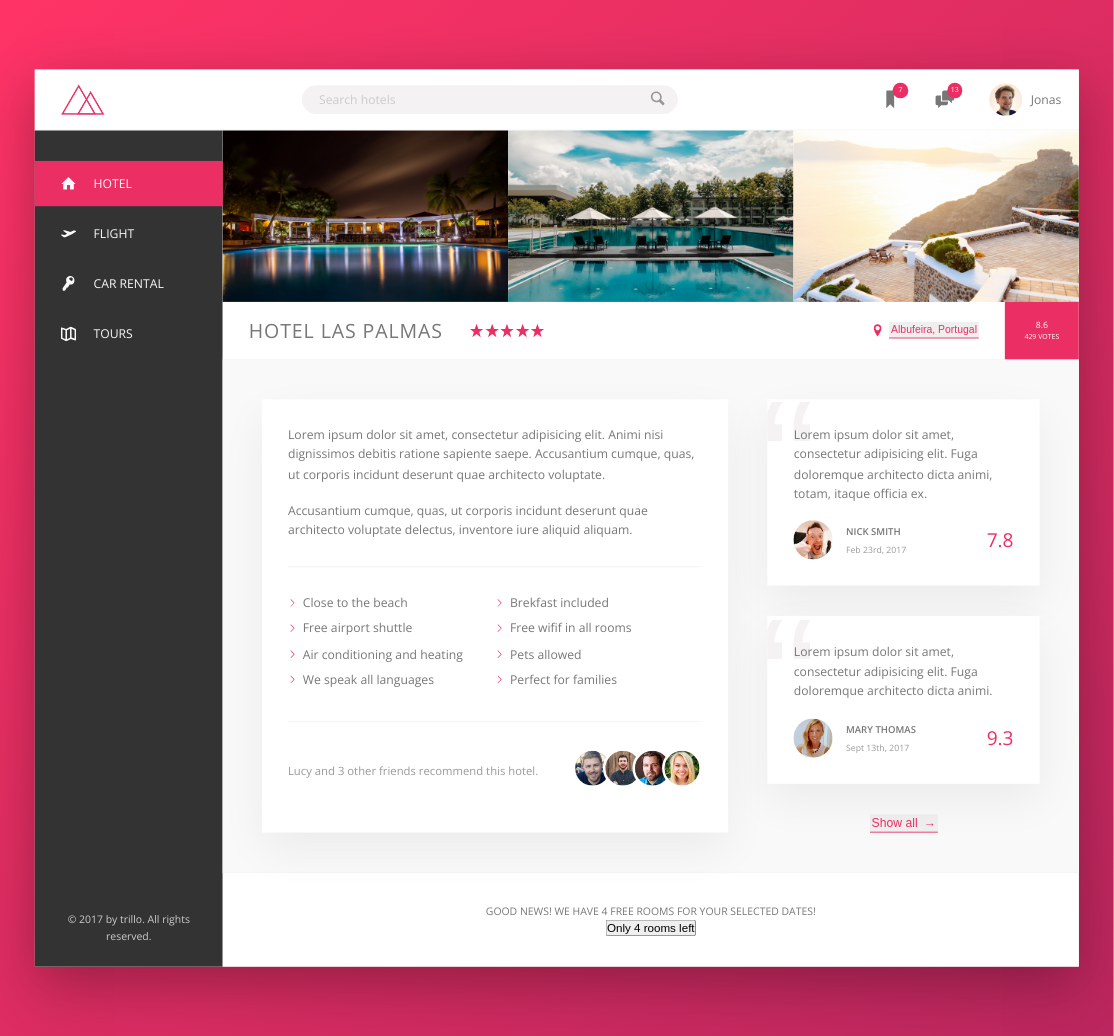
Repository: MalgorzataMazur/Trillo
Page: index.html
An editor plug-in stored every save of this project. The page is shown before and after the next save, followed by the edit.
The browser window is 1280 px wide. The pictures show the whole page, at 87% of full size.
The style sheet was rebuilt from its Sass, Less or Tailwind sources for each picture, by a compiler version that may differ from the author's.

Above is the page before, as saved 2020-03-28 12:54:38.

### index.html
<!DOCTYPE html>
<html lang="en">
    <head>
        <meta charset="UTF-8">
        <meta name="viewport" content="width=device-width, initial-scale=1.0">

        <link href="https://fonts.googleapis.com/css?family=Open+Sans:300,400,600" rel="stylesheet">
        <link rel="stylesheet" href="css/style.css">
        <link rel="shortcut icon" type="image/png" href="img/favicon.png">

        <title>trillo &mdash; Your all-in-one booking app</title>
    </head>
    <body>
        <div class="container">
            <header class="header">
                <img src="img/logo.png" alt="trillo logo" class="logo">

                <form action="#" class="search">
                    <input type="text" class="search__input" placeholder="Search hotels">
                    <button class="search__button">
                        <svg class="search__icon">
                            <use xlink:href="img/sprite.svg#icon-magnifying-glass"></use> <!--include svg -->
                        </svg>
                    </button>
                </form>

                <nav class="user-nav">
                    <div class="user-nav__icon-box">
                        <svg class="user-nav__icon">
                            <use xlink:href="img/sprite.svg#icon-bookmark"></use>
                        </svg>
                        <span class="user-nav__notification">7</span>
                    </div>
                    <div class="user-nav__icon-box">
                        <svg class="user-nav__icon">
                            <use xlink:href="img/sprite.svg#icon-chat"></use>
                        </svg>
                        <span class="user-nav__notification">13</span>
                    </div>
                    <div class="user-nav__user">
                        <img src="img/user.jpg" alt="User photo" class="user-nav__user-photo">
                        <span class="user-nav__user-name">Jonas</span>
                    </div>
                </nav>
            </header>
            <div class="content">
                <nav class="sidebar">
                    <ul class="side-nav">
                        <li class="side-nav__item side-nav__item--active">
                            <a href="#" class="side-nav__link">
                                <svg class="side-nav__icon">
                                    <use xlink:href="img/sprite.svg#icon-home"></use>
                                </svg>
                                <span>Hotel</span>
                            </a>
                        </li>
                        <li class="side-nav__item">
                            <a href="#" class="side-nav__link">
                                <svg class="side-nav__icon">
                                    <use xlink:href="img/sprite.svg#icon-aircraft-take-off"></use>
                                </svg>
                                <span>Flight</span>
                            </a>
                        </li>
                        <li class="side-nav__item">
                            <a href="#" class="side-nav__link">
                                <svg class="side-nav__icon">
                                    <use xlink:href="img/sprite.svg#icon-key"></use>
                                </svg>
                                <span>Car rental</span>
                            </a>
                        </li>
                        <li class="side-nav__item">
                            <a href="#" class="side-nav__link">
                                <svg class="side-nav__icon">
                                    <use xlink:href="img/sprite.svg#icon-map"></use>
                                </svg>
                                <span>Tours</span>
                            </a>
                        </li>
                    </ul>

                    <div class="legal">
                        &copy; 2017 by trillo. All rights reserved. <!-- html entity -->
                    </div>
                </nav>


                <main class="hotel-view">
                    <div class="gallery">
                        <figure class="gallery__item">
                            <img src="img/hotel-1.jpg" alt="Photo of hotel 1" class="gallery__photo">
                        </figure>
                        <figure class="gallery__item">
                            <img src="img/hotel-2.jpg" alt="Photo of hotel 2" class="gallery__photo">
                        </figure>
                        <figure class="gallery__item">
                            <img src="img/hotel-3.jpg" alt="Photo of hotel 3" class="gallery__photo">
                        </figure>
                    </div>

                    <div class="overview">
                        <h1 class="overview__heading">
                            Hotel Las Palmas
                        </h1>

                        <div class="overview__stars">
                            <svg class="overview__icon-star">
                                <use xlink:href="img/sprite.svg#icon-star"></use>
                            </svg>
                            <svg class="overview__icon-star">
                                <use xlink:href="img/sprite.svg#icon-star"></use>
                            </svg>
                            <svg class="overview__icon-star">
                                <use xlink:href="img/sprite.svg#icon-star"></use>
                            </svg>
                            <svg class="overview__icon-star">
                                <use xlink:href="img/sprite.svg#icon-star"></use>
                            </svg>
                            <svg class="overview__icon-star">
                                <use xlink:href="img/sprite.svg#icon-star"></use>
                            </svg>
                        </div>

                        <div class="overview__location">
                            <svg class="overview__icon-location">
                                <use xlink:href="img/sprite.svg#icon-location-pin"></use>
                            </svg>
                            <button class="btn-inline">Albufeira, Portugal</button>
                        </div>

                        <div class="overview__rating">
                            <div class="overiew__rating-average">8.6</div>
                            <div class="overview__rating-count">429 votes</div>
                        </div>
                    </div>

                    <div class="detail">
                        <div class="description">
                             <p class="paragraph">
                                Lorem ipsum dolor sit amet, consectetur adipisicing elit. Animi nisi dignissimos debitis ratione sapiente saepe. Accusantium cumque, quas, ut corporis incidunt deserunt quae architecto voluptate.
                             </p>
                             <p class="paragraph">
                                Accusantium cumque, quas, ut corporis incidunt deserunt quae architecto voluptate delectus, inventore iure aliquid aliquam.
                             </p>
                             <ul class="list">
                                 <li class="list__item">Close to the beach</li>
                                 <li class="list__item">Brekfast included</li>
                                 <li class="list__item">Free airport shuttle</li>
                                 <li class="list__item">Free wifif in all rooms</li>
                                 <li class="list__item">Air conditioning and heating</li>
                                 <li class="list__item">Pets allowed</li>
                                 <li class="list__item">We speak all languages</li>
                                 <li class="list__item">Perfect for families</li>
                             </ul>
                             <div class="recommend">
                                 <p class="recommend__count">
                                     Lucy and 3 other friends recommend this hotel.
                                 </p>
                                 <div class="recommend__friends">
                                     <img src="img/user-3.jpg" alt="Friend 1" class="recommend__photo">
                                     <img src="img/user-4.jpg" alt="Friend 2" class="recommend__photo">
                                     <img src="img/user-5.jpg" alt="Friend 3" class="recommend__photo">
                                     <img src="img/user-6.jpg" alt="Friend 4" class="recommend__photo">
                                 </div>
                             </div>
                        </div>

                        <div class="user-reviews">
                            <figure class="review"> <!-- figure is gerat for some tect, descriptions of the images -->
                                <blockquote class="review__text">
                                    Lorem ipsum dolor sit amet, consectetur adipisicing elit. Fuga doloremque architecto dicta animi, totam, itaque officia ex.
                                </blockquote>
                                <figcaption class="review__user">
                                    <img src="img/user-1.jpg" alt="User 1" class="review__photo">
                                    <div class="review__user-box">
                                        <p class="review__user-name">Nick Smith</p>
                                        <p class="review__user-date">Feb 23rd, 2017</p>
                                    </div>
                                    <div class="review__rating">7.8</div>
                                </figcaption>
                            </figure>

                            <figure class="review">
                                <blockquote class="review__text">
                                    Lorem ipsum dolor sit amet, consectetur adipisicing elit. Fuga doloremque architecto dicta animi.
                                </blockquote>
                                <figcaption class="review__user">
                                    <img src="img/user-2.jpg" alt="User 2" class="review__photo">
                                    <div class="review__user-box">
                                        <p class="review__user-name">Mary Thomas</p>
                                        <p class="review__user-date">Sept 13th, 2017</p>
                                    </div>
                                    <div class="review__rating">9.3</div>
                                </figcaption>
                            </figure>

                            <button class="btn-inline">Show all <span>&rarr;</span></button>
                            </div>
                        </div>

                        <div class="cta">
                            <h2 class="cta__book-now">
                                Good news! We have 4 free rooms for your selected dates!
                            </h2>
                            <button class="btn">
                                Only 4 rooms left
                            </button>
                        </div>

                    </div>

                </main>
            </div>

        </div>
    </body>
</html>

### sass/main.scss
@import "base";
@import "layout";
@import "components";

### sass/_base.scss
//variable will be avuialable for entire documents here, global parent of elelemnt
:root { //root pseudoclass the same like ktml but higher specifity //css custom proiperties variables I use here define in declaration bloxk remember
    --color-primary: #eb2f64;
    --color-primary-light: #FF3366;
    --color-primary-dark: #BA265D;

    --color-grey-light-1: #faf9f9;
    --color-grey-light-2: #f4f2f2;
    --color-grey-light-3: #f0eeee;
    --color-grey-light-4: #ccc;

    --color-grey-dark-1: #333;
    --color-grey-dark-2: #777;
    --color-grey-dark-3: #999;

    --shadow-dark: 0 2rem 6rem rgba(0,0,0,.3);
    --shadow-light: 0 2rem 5rem rgba(0,0,0,.06);

    --line: 1px solid var(--color-grey-light-2);

}

* { //first global settings *,htm, body
    margin: 0;
    padding: 0;
}

*,
*::before,
*::after {
    box-sizing: inherit;
}

html {
    box-sizing: border-box;
    font-size: 62.5%; //1rem = 10px, 10px/16px = 62.5%
}

body {
    font-family: 'Open Sans', sans-serif;
    font-weight: 400;
    line-height: 1.6;
    color: var(--color-grey-dark-2);
    background-image: linear-gradient(to right bottom, var(--color-primary-light), var(--color-primary-dark)); //gradient from the left top cornet to right bottom corner
    background-size: cover;
    background-repeat: no-repeat; //default is repeat in css

    min-height: 100vh; //min height but if height can be bigger than that will be simply bigger
}

### sass/_components.scss
/////////////////////////////////
////LOGO
.logo {
    height: 3.5rem;
    margin-left: 3rem;
}



/////////////////////////////////
////SEARCH
.search {
    flex: 0 0 40%; //grow shrink occupy

    display: flex;//flex item is becoming flex container,; we center loop icon btn
    align-items: center; //center elem along the cross axis
    justify-content: center; //center elem along the main axis

    &__input {
        font-family: inherit;
        font-size: inherit;
        color: inherit;
        background-color: var(--color-grey-light-2);
        border: none;
        border-radius: 100px;
        padding: .7rem 2rem;
        width: 90%;
        transition: all .2s;
        margin-right: -3.25rem; //this way the btn move on top of input

        &:focus {
            outline: none;
            width: 100%;
            background-color: var(--color-grey-light-3);
        }

        &::-webkit-input-placeholder {
            font-weight: 100;
            color: var(--color-grey-light-4);
        }
    }

    &__input:focus + &__button { //sibling, adjust element; the same backgr color
        background-color: var(--color-grey-light-3);
    }

    &__button {
        border: none;
        background-color: var(--color-grey-light-2);

        &:focus {
            outline: none;
        }

        &:active {
            transform: translate(2px);
        }
    }

    &__icon {
        height: 2rem;
        width: 2rem;
        fill: var(--color-grey-dark-3);
}
}



/////////////////////////////////
////USER NAVIGATION
.user-nav {
    align-self: stretch; //żeby one sie rozciagaly, is like align items but for one individual item; ovverite in header align item center

    display: flex; //flex item on the sam etime is flex container
    align-items: center;

    & > * {
        padding: 0 2rem;
        cursor: pointer;
        display: flex;
        height: 100%;
        align-items: center; //when we hoover thy arent on the top; vertical align
   }

    & > *:hover {
        background-color: var(--color-grey-light-2);
    }

    &__icon-box {
        position: relative;
    }

    &__icon {
        height: 2.25rem;
        width: 2.25rem;
        fill: var(--color-grey-dark-2);
    }

    &__notification {
        font-size: .8rem;
        height: 1.75rem;
        width: 1.75rem;
        border-radius: 50%;
        background-color: var(--color-primary);
        color: #fff;
        position: absolute; //parent elememnt is iconbox relative
        top: 1.5rem;
        right: 1.1rem;

        display: flex;
        justify-content: center;
        align-items: center;
    }

    &__user-photo {
        height: 3.75rem;
        border-radius: 50%;
        margin-right: 1rem;
    }
}



/////////////////////////////////
////SIDE NAVIGATION
.side-nav {
    font-size: 1.4rem;
    list-style: none;
    margin-top: 3.5rem;

    &__item {
        position: relative;

        &:not(:last-child) { //all the items except the last one
            margin-bottom: .5rem;
        }
    }

    &__item::before { //line becpmes invisible which then expands to the right side
        content: "";
        position: absolute;
        top: 0;
        left: 0;
        height: 100%;
        width: 3px;
        background-color: var(--color-primary);
        transform: scaleY(0); //normal state without any hover
        transition: transform .2s, //first transform ghappens during .2s & we wait this time .2s until we start transitioning the width .4s
                    width .4s cubic-bezier(1,0,0,1) .2s,
                    background-color .1s; //we can set diffrent settings for diffrent properties. we can have the staged animations where first the transform happens then the width
    }

    &__item:hover::before,
    &__item--active::before {
        transform: scaleY(1); //only occurs Y direction from top to bottom
        width: 100%;
    }

    &__item:active::before {
        background-color: var(--color-primary-light);
    }

    &__link:link,
    &__link:visited {
        color: var(--color-grey-light-1);
        text-decoration: none;
        text-transform: uppercase;
        display: block;
        padding: 1.5rem 3rem;
        position: relative; //on top of the before elem after hover

        display: flex;
        align-items: center; //ikony równo z napisem z listy
    }

    &__icon {
        width: 1.75rem;
        height: 1.75rem;
        margin-right: 2rem;
        fill: currentColor; //means color ofthe current elelemnt or the parent element
    }
}



/////////////////////////////////
////LEGAL TEXT
.legal {
    font-size: 1.2rem;
    color: var(--color-grey-light-4);
    text-align: center;
    padding: 2.5rem;
}



/////////////////////////////////
////SIDE NAVIGATION
.gallery {
    display: flex;

    &__photo {
        width: 100%;
        display: block;
    }
}



/////////////////////////////////
////SIDE NAVIGATION
.overview {
    display: flex; // justify-content: space-between; //evenly distribute all the elements along the main axis
    align-items: center;
    border-bottom: var(--line);

    &__heading {
        font-size: 2.25rem;
        font-weight: 300;
        text-transform: uppercase;
        letter-spacing: 1px;
        padding: 1.5rem 3rem;
    }

    &__stars {
        // flex: 1;
        margin-right: auto; //we created the space without actually stretching out this entire element; element only occypying the space that it needs here
        display: flex;    }

    &__icon-star,
    &__icon-location {
        width: 1.75rem;
        height: 1.75rem;
        fill: var(--color-primary);
    }

    &__location {
        font-size: 1.2rem;
        display: flex;
        align-items: center;
    }

    &__icon-location {
        margin-right: .5rem;
    }

    &__rating {
        background-color: var(--color-primary);
        color: #fff;
        margin-left: 3rem;
        padding: 0 2.25rem;
        align-self: stretch; //occupy all the space that it has available

        display: flex;
        flex-direction: column;
        align-items: center;
        justify-content: center;
    }

    &__rating-average {
        font-size: 2.25rem;
        font-weight: 300;
        margin-bottom: -3px;
    }

    &__rating-count {
        font-size: .8rem;
        text-transform: uppercase;
    }
}



/////////////////////////////////
////BUTTON-LINE
.btn-inline {
    border: none;
    color: var(--color-primary);
    font-size: inherit;
    border-bottom: 1px solid currentColor;
    padding: 2px;
    display: inline-block;
    background-clip: transparent;
    cursor: pointer;
    transition: all .2s;

    & span {
        margin-left: 3px;
        transition: margin-left .2s;
    }

    &:hover {
        color: var(--color-grey-dark-1); //when hover the border becomes the exact same color as the tex

        span {
            margin-left: 8px;
        }
    }

    &:focus {
        outline: none;
        animation: pulsate 1s infinite;
    }
}

@keyframes pulsate {
    0% { //normal state
        transform: scale(1);
        box-shadow: none;
    }

    50% { //scale a little bit
        transform: scale(1.05);
        box-shadow: 0 1rem 4rem rgba(0,0,0,.25);
    }

    100% { //back to the normal
        transform: scale(1);
        box-shadow: none;
    }
}



/////////////////////////////////
////PARAGRAPH
.paragraph:not(:last-of-type) {
    margin-bottom: 2rem;
}



/////////////////////////////////
////LIST
.list {
    list-style: none;
    margin: 3rem 0;
    padding: 3rem 0;
    border-top: var(--line);
    border-bottom: var(--line);

    display: flex;
    flex-wrap: wrap;

    &__item {
        flex: 0 0 50%; //100% of width /2 = 50%
        margin-bottom: .7rem;
    }

    &__item::before {
        content: "";
        display: inline-block;
        height: 1rem;
        width: 1rem;
        margin-right: .7rem;

        //Older browsers
        // background-image: url(../img/chevron-thin-right.svg);
        // background-size: cover;

        //New browsers - masks             //tht's best solution withh backgim we cannot change color in css
        background-color: var(--color-primary);
        -webkit-mask-image: url(../img/chevron-thin-right.svg);
        -webkit-mask-size: cover; //this entire square we had before is still here but nowe can only see it in the places where the mask allows us to see through; that's exactly the icon is located
        mask-image: url(../img/chevron-thin-right.svg);
        -webkit-mask-size: cover;
    }
}



/////////////////////////////////
////RECOMMEND
.recommend {
    font-size: 1.3rem;
    color: var(--color-grey-dark-3);

    display: flex;
    align-items: center;

    &__count {
        margin-right: auto;
    }

    &__friends {

    }

    &__photo {
        box-sizing: content-box; //border we want to be added on the top of our height and the width
        height: 4rem;
        width: 4rem;
        border-radius: 50%;
        border: 3px solid #fff;

        &:not(:last-child) {
            margin-right: -1.5rem;
        }
    }
}



/////////////////////////////////
////REVIEWS
.review {
    background-color: #fff;
    box-shadow: var(--shadow-light);
    padding: 3rem;
    margin-bottom: 3.5rem;
    position: relative;
    overflow: hidden;

    &__text {
        margin-bottom: 2rem;
        z-index: 10;
        position: relative;
    }

    &__user {
        display: flex;
        align-items: center;
        position: relative;
    }

    &__photo {
        height: 4.5rem;
        width: 4.5rem;
        border-radius: 50%;
        margin-right: 1.5rem;
    }

    &__user-box {
        margin-right: auto;
    }

    &__user-name {
        font-size: 1.1rem;
        font-weight: 600;
        text-transform: uppercase;
        margin-bottom: .4rem;
    }

    &__user-date {
        font-size: 1rem;
        color: var(--color-grey-dark-3);
    }

    &__rating {
        color: var(--color-primary);
        font-size: 2.2rem;
        font-weight: 300;
    }

    &::before {
        content: "\201C";
        position: absolute;
        top: -2.75rem;
        left: -1rem;
        line-height: 1;
        font-size: 20rem;
        color: var(--color-grey-light-2);
        font-family: sans-serif;
        z-index: 1;
    }
}



/////////////////////////////////
////CALL TO ACTION
.cta {
    padding: 3.5rem;
    text-align: center;

    &__book-now {
        font-size: 1.2rem;
        font-weight: 300;
        text-transform: uppercase;
        // margin-bottom: ;
    }
}

Loaded but not shown: sass/_layout.scss (64 lines, source omitted)

After the next save:
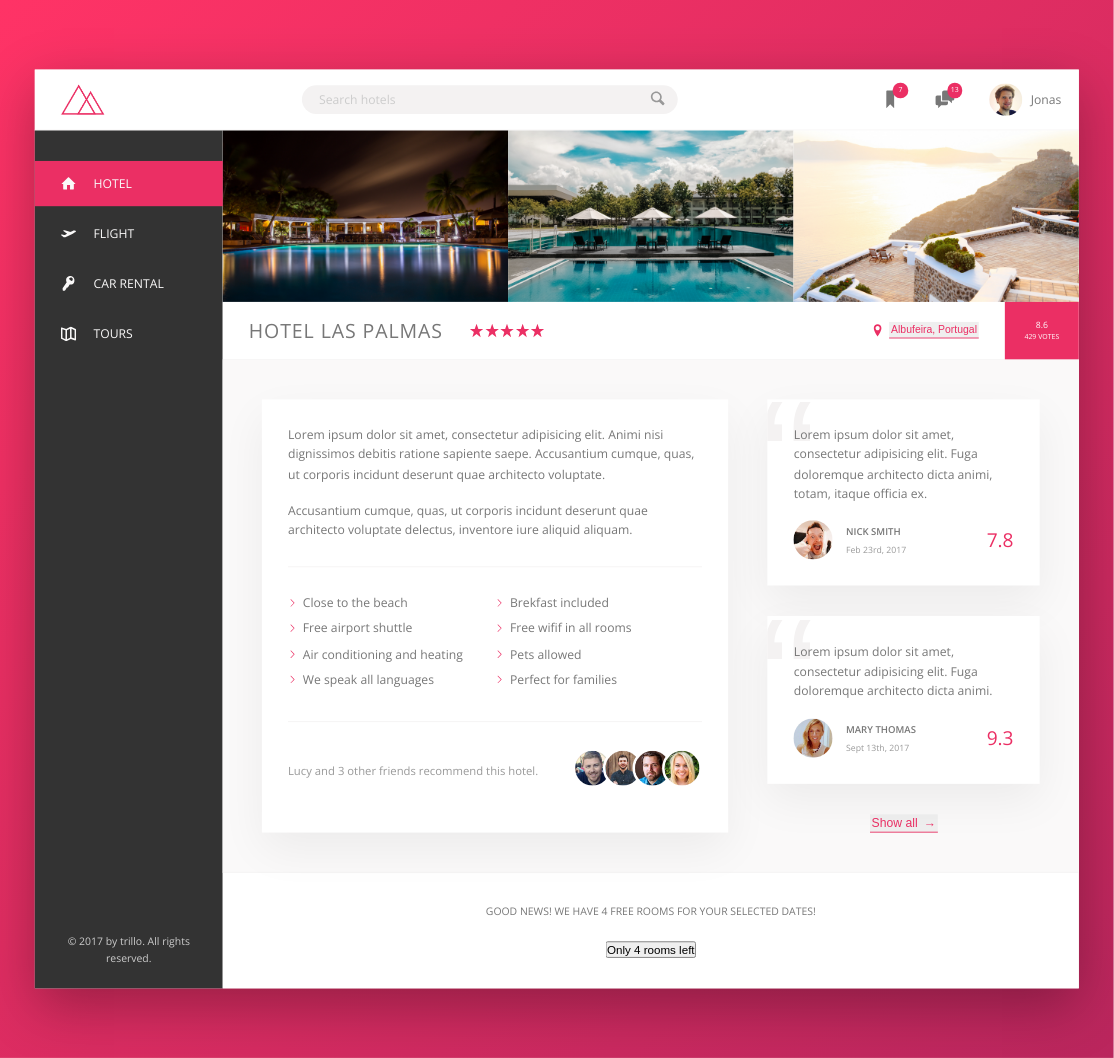
Saved 20 s later.
--- a/sass/_components.scss
+++ b/sass/_components.scss
@@ -477,6 +477,6 @@
         font-size: 1.2rem;
         font-weight: 300;
         text-transform: uppercase;
-        // margin-bottom: ;
-    }
-}
+        margin-bottom: 2.5rem;
+    }
+}
